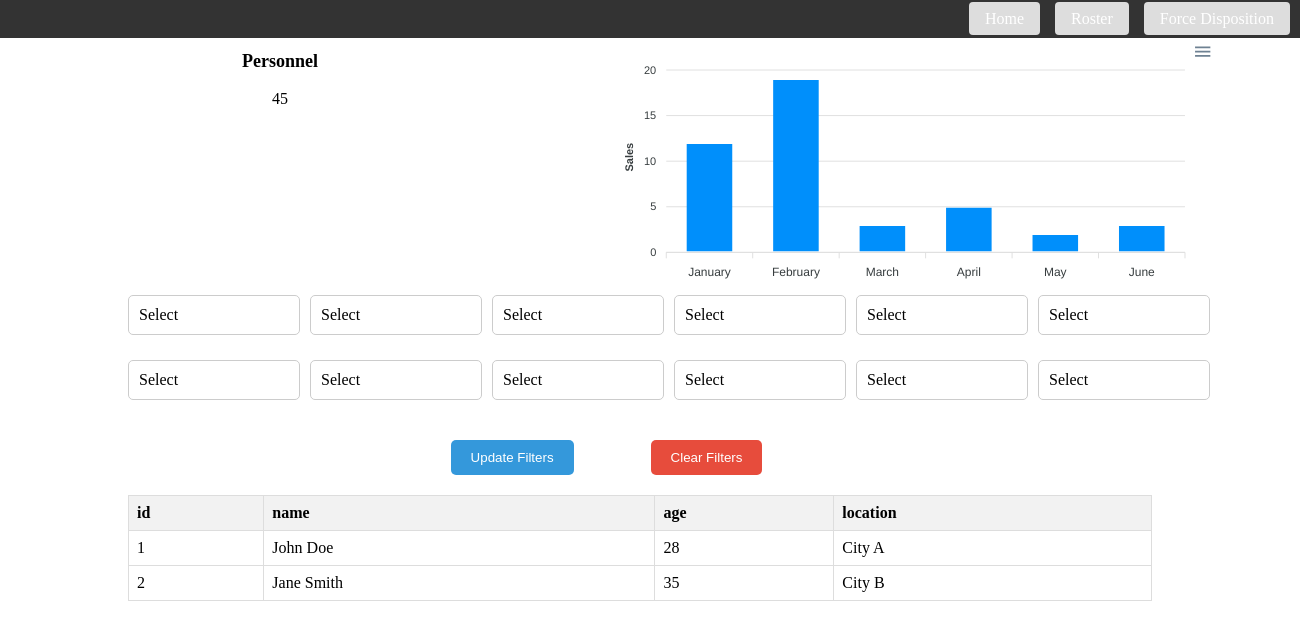
Repository: mjquesada/j2x_react
Page: /roster
These files come from the project's save history. The page is drawn as it stood at one moment and after a run of saves; the edit follows.
The browser window is 1280 px wide. The page is 1300 px wide, so the pictures cover 1300 px, including what lies to the right of the window. The pictures show the whole page.
The project was rebuilt for these pictures with package versions that can differ from the ones it lists, and the page was loaded fresh each time. Also part of the build but not shown: src/components/Box.js, src/components/Tile.js, src/components/Home.jsx, src/components/Map.js, src/components/Force.jsx.

Above is the page before, as saved 2024-03-12 13:20:02.

After the next 2 saves:
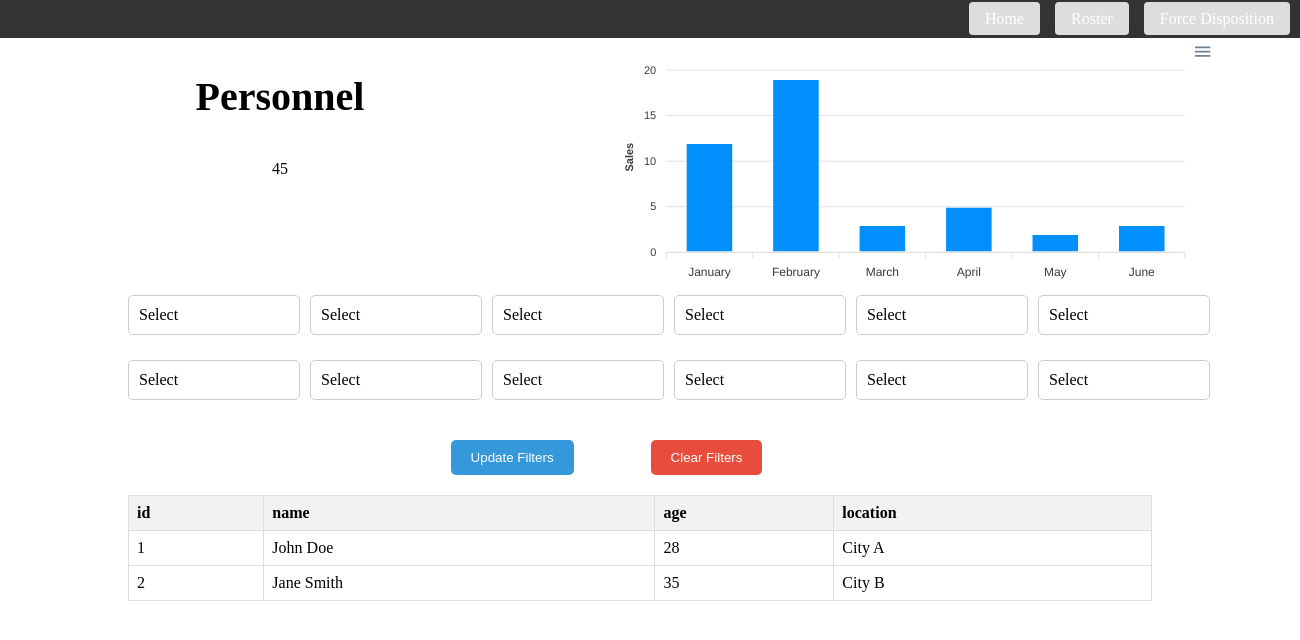
The 2 saves are shown as one change because they came seconds apart.
The last was saved 11 s later.
--- a/src/index.css
+++ b/src/index.css
@@ -142,7 +142,7 @@ body {
 }
 
 .metric-title {
-font-size: large;
+font-size: 40px;
 }
 
 .bar-chart {
